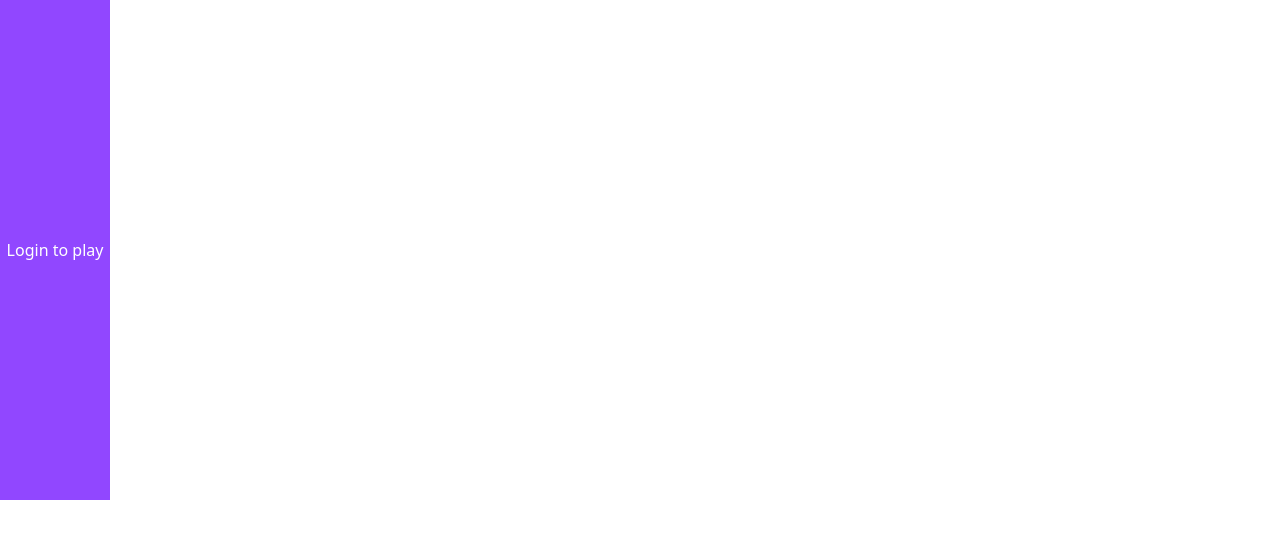
Repository: Teddy1705/demo_pj
Page: /
These files come from the project's save history. The page is drawn as it stood at one moment and after the next save; the edit follows.
The browser window is 1280 px wide. The pictures show the whole page.
The project was rebuilt for these pictures with package versions that can differ from the ones it lists, and the page was loaded fresh each time. Also part of the build but not shown: vite.config.js.

Above is the page before, as saved 2024-04-27 00:20:19.

### index.html
<!DOCTYPE html>
<html lang="en">
  <head>
    <meta charset="UTF-8" />
    <link rel="icon" type="image/svg+xml" href="/vite.svg" />
    <meta name="viewport" content="width=device-width, initial-scale=1.0" />
    <title>Tic Tac Toe</title>
    <link rel="stylesheet" href="./src/index.css" />
    <link
      rel="stylesheet"
      href="./src/assets/themify-icons/themify-icons.css"
    />
  </head>
  <body>
    <div id="root"></div>
    <script type="module" src="/src/main.jsx"></script>
  </body>
</html>

### src/index.css
:root {
  --white-color: #fff;
  --black-color: #000;
}

/*
1. Prevent padding and border from affecting element width. (https://github.com/mozdevs/cssremedy/issues/4)
2. Allow adding a border to an element by just adding a border-width. (https://github.com/tailwindcss/tailwindcss/pull/116)
*/

*,
::before,
::after {
  box-sizing: border-box;
  /* 1 */
  border-width: 0;
  /* 2 */
  border-style: solid;
  /* 2 */
  border-color: #e5e7eb;
  /* 2 */
}

::before,
::after {
  --tw-content: "";
}

/*
1. Use a consistent sensible line-height in all browsers.
2. Prevent adjustments of font size after orientation changes in iOS.
3. Use a more readable tab size.
4. Use the user's configured `sans` font-family by default.
5. Use the user's configured `sans` font-feature-settings by default.
6. Use the user's configured `sans` font-variation-settings by default.
7. Disable tap highlights on iOS
*/

html,
:host {
  line-height: 1.5;
  /* 1 */
  -webkit-text-size-adjust: 100%;
  /* 2 */
  -moz-tab-size: 4;
  /* 3 */
  -o-tab-size: 4;
  tab-size: 4;
  /* 3 */
  font-family: ui-sans-serif, system-ui, sans-serif, "Apple Color Emoji",
    "Segoe UI Emoji", "Segoe UI Symbol", "Noto Color Emoji";
  /* 4 */
  font-feature-settings: normal;
  /* 5 */
  font-variation-settings: normal;
  /* 6 */
  -webkit-tap-highlight-color: transparent;
  /* 7 */
}

/*
1. Remove the margin in all browsers.
2. Inherit line-height from `html` so users can set them as a class directly on the `html` element.
*/

body {
  margin: 0;
  /* 1 */
  line-height: inherit;
  /* 2 */
}

/*
1. Add the correct height in Firefox.
2. Correct the inheritance of border color in Firefox. (https://bugzilla.mozilla.org/show_bug.cgi?id=190655)
3. Ensure horizontal rules are visible by default.
*/

hr {
  height: 0;
  /* 1 */
  color: inherit;
  /* 2 */
  border-top-width: 1px;
  /* 3 */
}

/*
Add the correct text decoration in Chrome, Edge, and Safari.
*/

abbr:where([title]) {
  -webkit-text-decoration: underline dotted;
  text-decoration: underline dotted;
}

/*
Remove the default font size and weight for headings.
*/

h1,
h2,
h3,
h4,
h5,
h6 {
  font-size: inherit;
  font-weight: inherit;
}

/*
Reset links to optimize for opt-in styling instead of opt-out.
*/

a {
  color: inherit;
  text-decoration: inherit;
}

/*
Add the correct font weight in Edge and Safari.
*/

b,
strong {
  font-weight: bolder;
}

/*
1. Use the user's configured `mono` font-family by default.
2. Use the user's configured `mono` font-feature-settings by default.
3. Use the user's configured `mono` font-variation-settings by default.
4. Correct the odd `em` font sizing in all browsers.
*/

code,
kbd,
samp,
pre {
  font-family: ui-monospace, SFMono-Regular, Menlo, Monaco, Consolas,
    "Liberation Mono", "Courier New", monospace;
  /* 1 */
  font-feature-settings: normal;
  /* 2 */
  font-variation-settings: normal;
  /* 3 */
  font-size: 1em;
  /* 4 */
}

/*
Add the correct font size in all browsers.
*/

small {
  font-size: 80%;
}

/*
Prevent `sub` and `sup` elements from affecting the line height in all browsers.
*/

sub,
sup {
  font-size: 75%;
  line-height: 0;
  position: relative;
  vertical-align: baseline;
}

sub {
  bottom: -0.25em;
}

sup {
  top: -0.5em;
}

/*
1. Remove text indentation from table contents in Chrome and Safari. (https://bugs.chromium.org/p/chromium/issues/detail?id=999088, https://bugs.webkit.org/show_bug.cgi?id=201297)
2. Correct table border color inheritance in all Chrome and Safari. (https://bugs.chromium.org/p/chromium/issues/detail?id=935729, https://bugs.webkit.org/show_bug.cgi?id=195016)
3. Remove gaps between table borders by default.
*/

table {
  text-indent: 0;
  /* 1 */
  border-color: inherit;
  /* 2 */
  border-collapse: collapse;
  /* 3 */
}

/*
1. Change the font styles in all browsers.
2. Remove the margin in Firefox and Safari.
3. Remove default padding in all browsers.
*/

button,
input,
optgroup,
select,
textarea {
  font-family: inherit;
  /* 1 */
  font-feature-settings: inherit;
  /* 1 */
  font-variation-settings: inherit;
  /* 1 */
  font-size: 100%;
  /* 1 */
  font-weight: inherit;
  /* 1 */
  line-height: inherit;
  /* 1 */
  letter-spacing: inherit;
  /* 1 */
  color: inherit;
  /* 1 */
  margin: 0;
  /* 2 */
  padding: 0;
  /* 3 */
}

/*
Remove the inheritance of text transform in Edge and Firefox.
*/

button,
select {
  text-transform: none;
}

/*
1. Correct the inability to style clickable types in iOS and Safari.
2. Remove default button styles.
*/

button,
input:where([type="button"]),
input:where([type="reset"]),
input:where([type="submit"]) {
  -webkit-appearance: button;
  /* 1 */
  background-color: transparent;
  /* 2 */
  background-image: none;
  /* 2 */
}

/*
Use the modern Firefox focus style for all focusable elements.
*/

:-moz-focusring {
  outline: auto;
}

/*
Remove the additional `:invalid` styles in Firefox. (https://github.com/mozilla/gecko-dev/blob/2f9eacd9d3d995c937b4251a5557d95d494c9be1/layout/style/res/forms.css#L728-L737)
*/

:-moz-ui-invalid {
  box-shadow: none;
}

/*
Add the correct vertical alignment in Chrome and Firefox.
*/

progress {
  vertical-align: baseline;
}

/*
Correct the cursor style of increment and decrement buttons in Safari.
*/

::-webkit-inner-spin-button,
::-webkit-outer-spin-button {
  height: auto;
}

/*
1. Correct the odd appearance in Chrome and Safari.
2. Correct the outline style in Safari.
*/

[type="search"] {
  -webkit-appearance: textfield;
  /* 1 */
  outline-offset: -2px;
  /* 2 */
}

/*
Remove the inner padding in Chrome and Safari on macOS.
*/

::-webkit-search-decoration {
  -webkit-appearance: none;
}

/*
1. Correct the inability to style clickable types in iOS and Safari.
2. Change font properties to `inherit` in Safari.
*/

::-webkit-file-upload-button {
  -webkit-appearance: button;
  /* 1 */
  font: inherit;
  /* 2 */
}

/*
Add the correct display in Chrome and Safari.
*/

summary {
  display: list-item;
}

/*
Removes the default spacing and border for appropriate elements.
*/

blockquote,
dl,
dd,
h1,
h2,
h3,
h4,
h5,
h6,
hr,
figure,
p,
pre {
  margin: 0;
}

fieldset {
  margin: 0;
  padding: 0;
}

legend {
  padding: 0;
}

ol,
ul,
menu {
  list-style: none;
  margin: 0;
  padding: 0;
}

/*
Reset default styling for dialogs.
*/

dialog {
  padding: 0;
}

/*
Prevent resizing textareas horizontally by default.
*/

textarea {
  resize: vertical;
}

/*
1. Reset the default placeholder opacity in Firefox. (https://github.com/tailwindlabs/tailwindcss/issues/3300)
2. Set the default placeholder color to the user's configured gray 400 color.
*/

input::-moz-placeholder,
textarea::-moz-placeholder {
  opacity: 1;
  /* 1 */
  color: #9ca3af;
  /* 2 */
}

input::placeholder,
textarea::placeholder {
  opacity: 1;
  /* 1 */
  color: #9ca3af;
  /* 2 */
}

/*
Set the default cursor for buttons.
*/

button,
[role="button"] {
  cursor: pointer;
}

/*
Make sure disabled buttons don't get the pointer cursor.
*/

:disabled {
  cursor: default;
}

/*
1. Make replaced elements `display: block` by default. (https://github.com/mozdevs/cssremedy/issues/14)
2. Add `vertical-align: middle` to align replaced elements more sensibly by default. (https://github.com/jensimmons/cssremedy/issues/14#issuecomment-634934210)
   This can trigger a poorly considered lint error in some tools but is included by design.
*/

img,
svg,
video,
canvas,
audio,
iframe,
embed,
object {
  display: block;
  /* 1 */
  vertical-align: middle;
  /* 2 */
}

/*
Constrain images and videos to the parent width and preserve their intrinsic aspect ratio. (https://github.com/mozdevs/cssremedy/issues/14)
*/

img,
video {
  max-width: 100%;
  height: auto;
}

/* Make elements with the HTML hidden attribute stay hidden by default */

[hidden] {
  display: none;
}

*,
::before,
::after {
  --tw-border-spacing-x: 0;
  --tw-border-spacing-y: 0;
  --tw-translate-x: 0;
  --tw-translate-y: 0;
  --tw-rotate: 0;
  --tw-skew-x: 0;
  --tw-skew-y: 0;
  --tw-scale-x: 1;
  --tw-scale-y: 1;
  --tw-pan-x: ;
  --tw-pan-y: ;
  --tw-pinch-zoom: ;
  --tw-scroll-snap-strictness: proximity;
  --tw-gradient-from-position: ;
  --tw-gradient-via-position: ;
  --tw-gradient-to-position: ;
  --tw-ordinal: ;
  --tw-slashed-zero: ;
  --tw-numeric-figure: ;
  --tw-numeric-spacing: ;
  --tw-numeric-fraction: ;
  --tw-ring-inset: ;
  --tw-ring-offset-width: 0px;
  --tw-ring-offset-color: #fff;
  --tw-ring-color: rgb(59 130 246 / 0.5);
  --tw-ring-offset-shadow: 0 0 #0000;
  --tw-ring-shadow: 0 0 #0000;
  --tw-shadow: 0 0 #0000;
  --tw-shadow-colored: 0 0 #0000;
  --tw-blur: ;
  --tw-brightness: ;
  --tw-contrast: ;
  --tw-grayscale: ;
  --tw-hue-rotate: ;
  --tw-invert: ;
  --tw-saturate: ;
  --tw-sepia: ;
  --tw-drop-shadow: ;
  --tw-backdrop-blur: ;
  --tw-backdrop-brightness: ;
  --tw-backdrop-contrast: ;
  --tw-backdrop-grayscale: ;
  --tw-backdrop-hue-rotate: ;
  --tw-backdrop-invert: ;
  --tw-backdrop-opacity: ;
  --tw-backdrop-saturate: ;
  --tw-backdrop-sepia: ;
  --tw-contain-size: ;
  --tw-contain-layout: ;
  --tw-contain-paint: ;
  --tw-contain-style: ;
}

::backdrop {
  --tw-border-spacing-x: 0;
  --tw-border-spacing-y: 0;
  --tw-translate-x: 0;
  --tw-translate-y: 0;
  --tw-rotate: 0;
  --tw-skew-x: 0;
  --tw-skew-y: 0;
  --tw-scale-x: 1;
  --tw-scale-y: 1;
  --tw-pan-x: ;
  --tw-pan-y: ;
  --tw-pinch-zoom: ;
  --tw-scroll-snap-strictness: proximity;
  --tw-gradient-from-position: ;
  --tw-gradient-via-position: ;
  --tw-gradient-to-position: ;
  --tw-ordinal: ;
  --tw-slashed-zero: ;
  --tw-numeric-figure: ;
  --tw-numeric-spacing: ;
  --tw-numeric-fraction: ;
  --tw-ring-inset: ;
  --tw-ring-offset-width: 0px;
  --tw-ring-offset-color: #fff;
  --tw-ring-color: rgb(59 130 246 / 0.5);
  --tw-ring-offset-shadow: 0 0 #0000;
  --tw-ring-shadow: 0 0 #0000;
  --tw-shadow: 0 0 #0000;
  --tw-shadow-colored: 0 0 #0000;
  --tw-blur: ;
  --tw-brightness: ;
  --tw-contrast: ;
  --tw-grayscale: ;
  --tw-hue-rotate: ;
  --tw-invert: ;
  --tw-saturate: ;
  --tw-sepia: ;
  --tw-drop-shadow: ;
  --tw-backdrop-blur: ;
  --tw-backdrop-brightness: ;
  --tw-backdrop-contrast: ;
  --tw-backdrop-grayscale: ;
  --tw-backdrop-hue-rotate: ;
  --tw-backdrop-invert: ;
  --tw-backdrop-opacity: ;
  --tw-backdrop-saturate: ;
  --tw-backdrop-sepia: ;
  --tw-contain-size: ;
  --tw-contain-layout: ;
  --tw-contain-paint: ;
  --tw-contain-style: ;
}

.login-interface {
  background-color: #9147ff;
  height: 500px;
  width: 110px;
  display: flex;
  justify-content: center;
}

.login-btn {
  color: #fff;
  text-align: center;
}

#modal {
  position: fixed;
  top: 0;
  right: 0;
  bottom: 0;
  left: 0;
  display: flex;
  align-items: center;
  justify-content: center;
  display: none;
}

#modal .modal__overlay {
  position: absolute;
  width: 100%;
  height: 100%;
  background-color: rgba(0, 0, 0, 0.3);
}

#modal .modal__body {
  position: relative;
  background-color: var(--white-color);
  margin: auto;
  width: 500px;
  min-height: 300px;
  padding: 16px;
  border-radius: 3px;
}

.auth-form__heading {
  font-size: 25px;
  font-weight: 700;
  text-align: center;
  margin: 20px 0;
}

.auth-form__close {
  position: absolute;
  top: 0;
  right: 0;
  font-size: 14px;
  padding: 18px 16px;
}

.auth-form__close:hover {
  background-color: #ccc;
  cursor: pointer;
}

.auth-form__info {
}

.auth-form__info-details {
}

.auth-form__label {
  display: block;
  font-size: 15px;
  font-weight: 500;
}

.auth-form__info-input {
  border: 1px solid #ccc;
  width: 100%;
  font-size: 15px;
  padding: 5px;
  margin: 5px 0 8px;
}

.auth-form__help {
  font-size: 13px;
  font-weight: 400;
  color: #9147ff;
  margin-bottom: 22px;
}

.auth-form__btn {
  width: 100%;
  background-color: #9147ff;
  color: #fff;
  font-size: 15px;
  font-weight: 500;
  padding: 5px;
  border-radius: 4px;
  margin-bottom: 50px;
}

### src/main.jsx
import React from "react";
import ReactDOM from "react-dom/client";
import App from "./App.jsx";
import { createBrowserRouter, RouterProvider } from "react-router-dom";
import Root from "./routes/root";
import "./index.css";

const router = createBrowserRouter([
  {
    path: "/",
    element: <Root />,
  },
]);

ReactDOM.createRoot(document.getElementById("root")).render(
  <React.StrictMode>
    <RouterProvider router={router} />
    <App />
  </React.StrictMode>
);

### src/routes/root.jsx
export default function Root() {
  return (
    <>
      <div className="login-interface">
        <button className="login-btn">Login to play</button>
      </div>
      <div id="modal">
        <div className="modal__overlay"></div>
        <div className="modal__body">
          <h1 className="auth-form__heading">Login</h1>
          <div className="auth-form__close">
            <i className="ti-close"></i>
          </div>
          <div className="auth-form__info">
            <div className="auth-form__info-details">
              <label htmlFor="" className="auth-form__label">
                Tên đăng nhập
              </label>
              <input
                type="text"
                className="auth-form__info-input"
                placeholder="Email/Số điện thoại"
              />
            </div>
            <div className="auth-form__info-details">
              <label htmlFor="" className="auth-form__label">
                Mật khẩu
              </label>
              <input
                type="password"
                className="auth-form__info-input"
                placeholder="Mật khẩu"
              />
            </div>
          </div>
          <div className="auth-form__help">Quên mật khẩu ?</div>
          <button className="auth-form__btn">
            <a
              href={`https://codesandbox.io/s/q2z497?file=%2Fsrc%2FApp.js&utm_medium=sandpack`}
              className=""
            >
              Đăng nhập
            </a>
          </button>
        </div>
      </div>
      <div id="detail"></div>
    </>
  );
}

Loaded but not shown: src/assets/themify-icons/themify-icons.css (common file); src/App.jsx (common file)

After the next save:
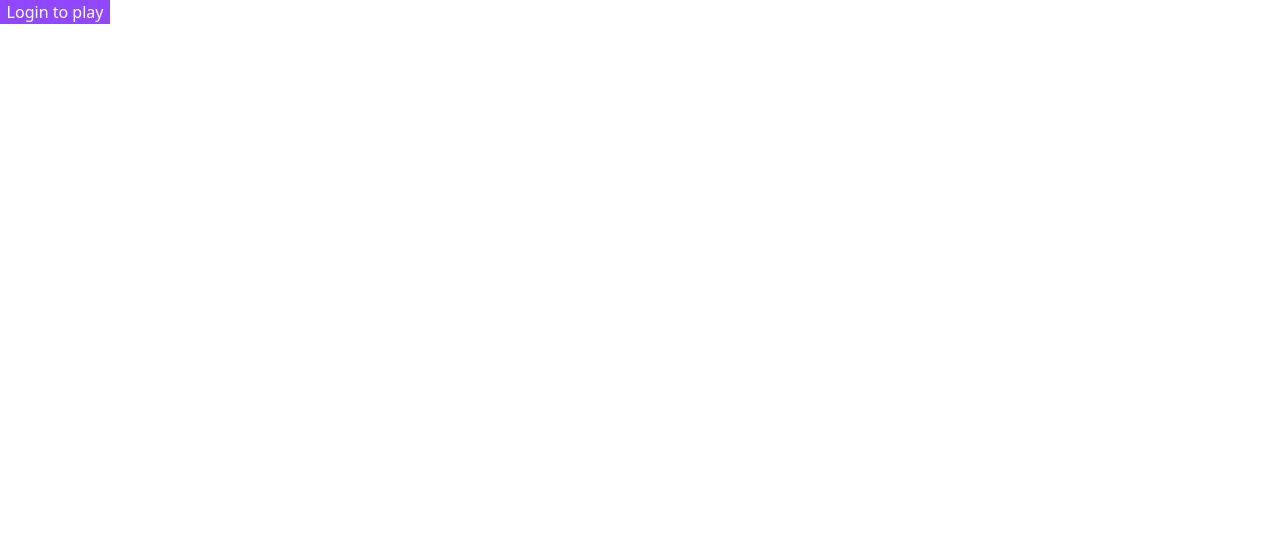
Saved 13 s later.
--- a/src/index.css
+++ b/src/index.css
@@ -562,7 +562,6 @@ video {
 
 .login-interface {
   background-color: #9147ff;
-  height: 500px;
   width: 110px;
   display: flex;
   justify-content: center;
